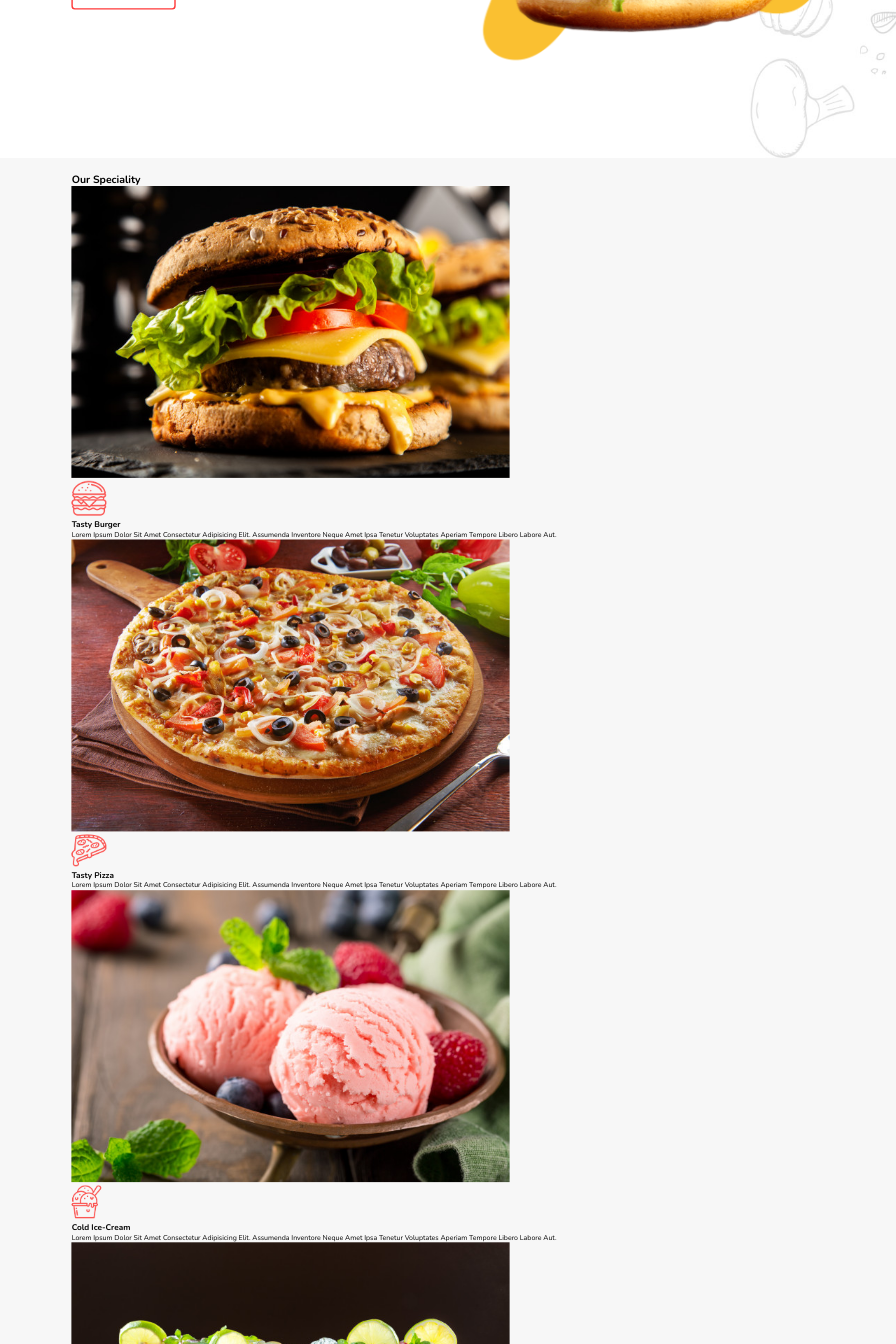
Repository: wenxi0504/ResturantApp-static-
Page: index.html
An editor plug-in stored every save of this project. The page is shown before and after the next save, followed by the edit.
The browser window is 1280 px wide. The pictures show the part of the page from y = 494 to 2414 px (the page is 3828 px tall before and 3875 px after), at 70% of full size.

Above is the page before, as saved 2022-01-09 23:27:30.
Console error: TypeError: Cannot read properties of null (reading 'classList')

After the next save:
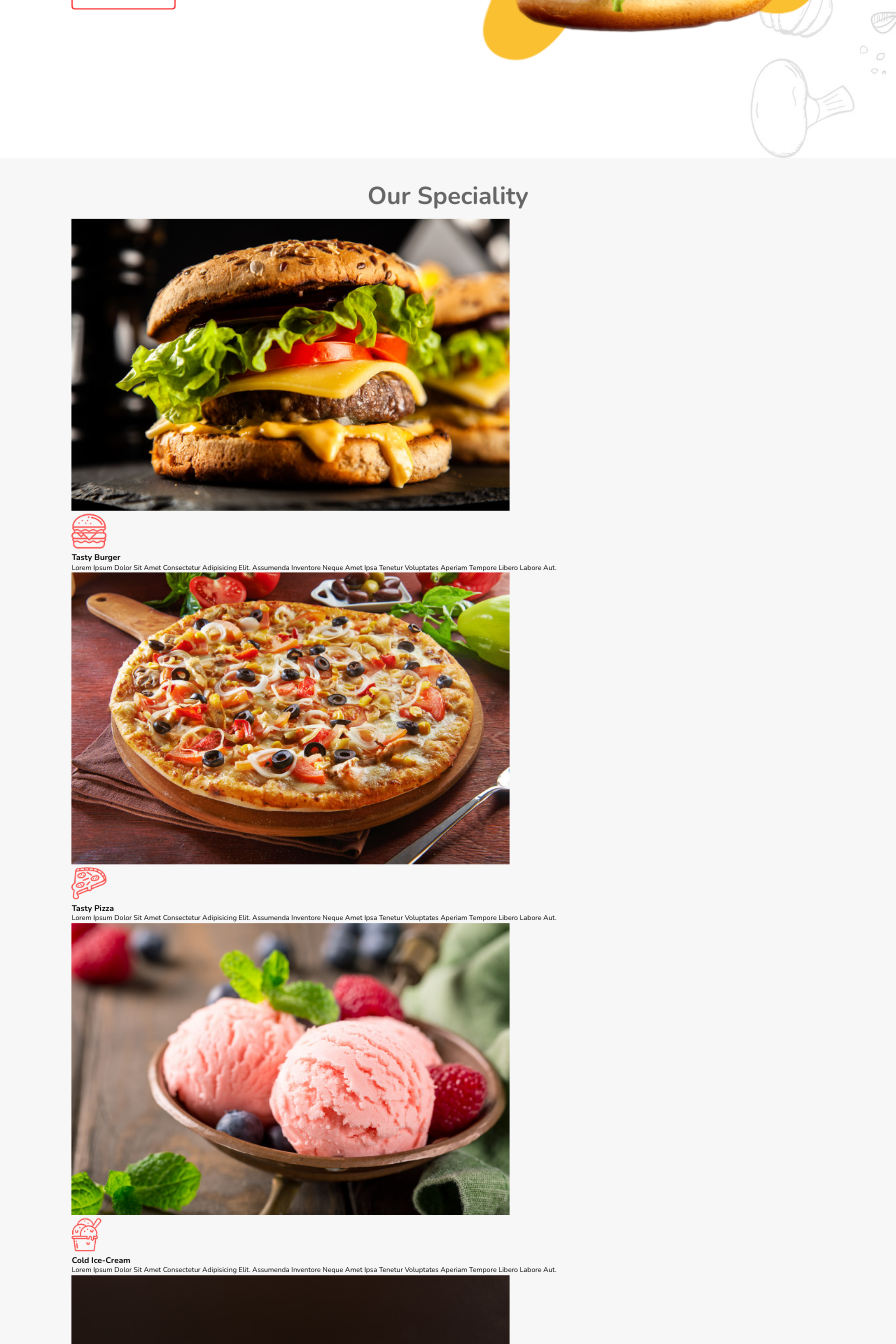
Saved 5 min 23 s later.
--- a/style.css
+++ b/style.css
@@ -168,7 +168,13 @@ color:#333;
   color:#fff;
 }
 
-
+/* Speciality */
+.heading{
+  text-align:center;
+  font-size:3.5rem;
+  padding:1rem;
+  color:#666
+}
 
 
 
